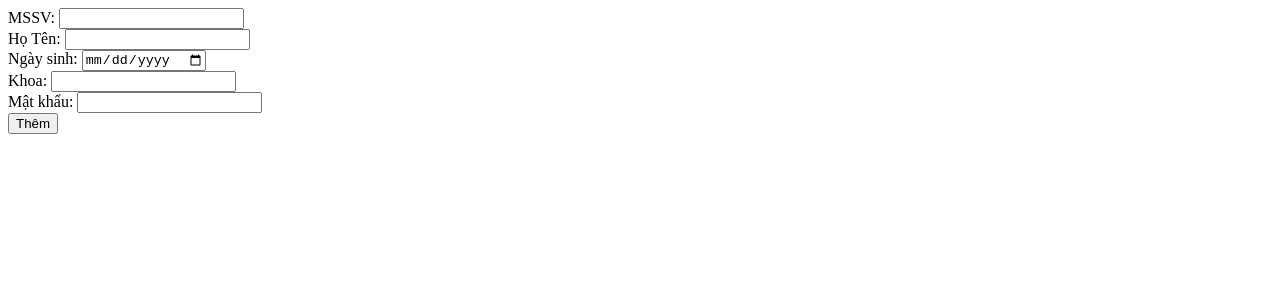
Repository: datntlocalhost/StudenManagerMVC
Page: http://localhost/StudentManagerMVC/ctl/addstudent
An editor plug-in stored every save of this project. The page is shown before and after the next save, followed by the edit.
The browser window is 1280 px wide. The pictures show the whole page.
The page is served by Tomcat 9.

Above is the page before, as saved 2018-07-22 15:29:10.

After the next save:
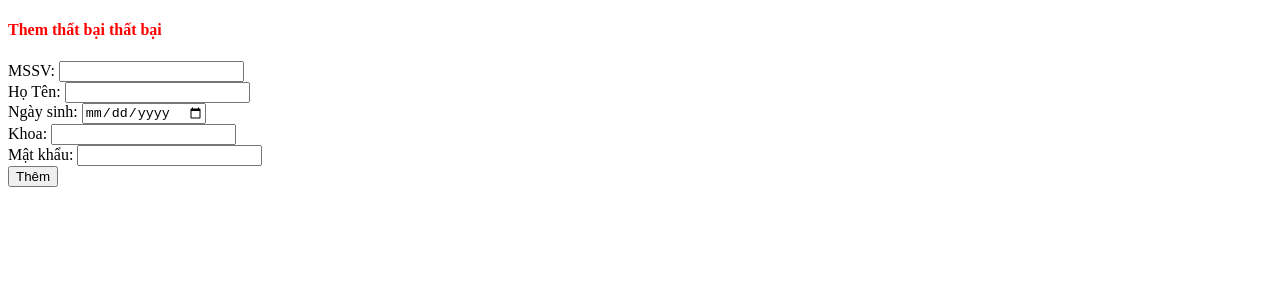
Saved 38 s later.
--- a/StudentManagerMVC/WebContent/view/admin/addstudent.jsp
+++ b/StudentManagerMVC/WebContent/view/admin/addstudent.jsp
@@ -12,9 +12,9 @@
     		<%
     			String message = request.getParameter("message");
     			if ("success".equalsIgnoreCase(message)) {
-
+    				out.print("<h4 style=\"color: blue;\">Them thành công</h4>");
     			} else {
-
+    				out.print("<h4 style=\"color: red;\">Them thất bại thất bại</h4>");
     			}
     		%>
     		<form action="<%=request.getContextPath() %>/ctl/addstudent" method="post">

After the save that followed:
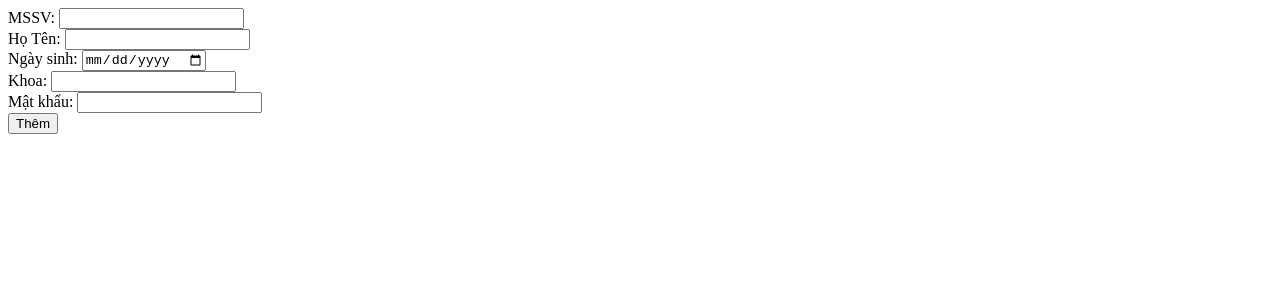
Saved 37 s later.
--- a/StudentManagerMVC/WebContent/view/admin/addstudent.jsp
+++ b/StudentManagerMVC/WebContent/view/admin/addstudent.jsp
@@ -13,7 +13,7 @@
     			String message = request.getParameter("message");
     			if ("success".equalsIgnoreCase(message)) {
     				out.print("<h4 style=\"color: blue;\">Them thành công</h4>");
-    			} else {
+    			} else if ("failed".equalsIgnoreCase(message)) {
     				out.print("<h4 style=\"color: red;\">Them thất bại thất bại</h4>");
     			}
     		%>
